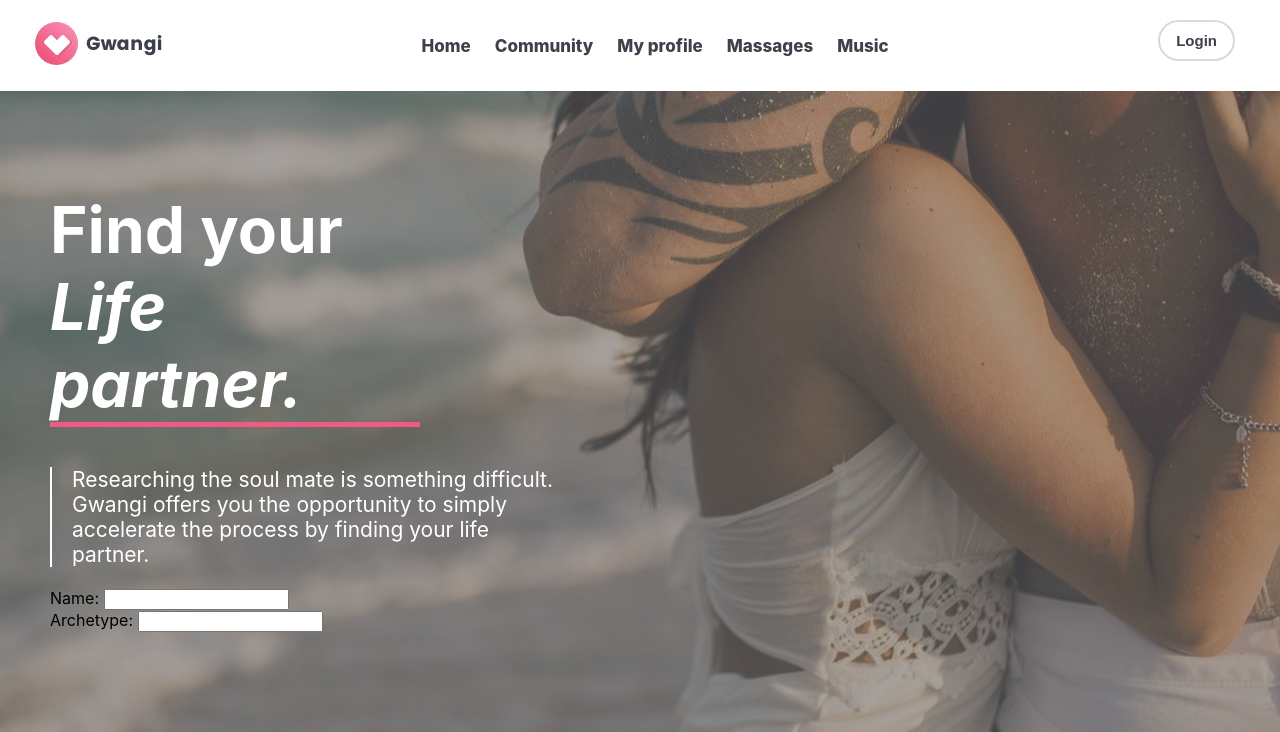
Repository: ShokunLiubov/Soc-Network-React
Page: /login
These files come from the project's save history. The page is drawn as it stood at one moment and after the next save; the edit follows.
The browser window is 1280 px wide. The pictures show the whole page.
The project was rebuilt for these pictures with package versions that can differ from the ones it lists, and the page was loaded fresh each time. Also part of the build but not shown: src/components/common/Paginator/Paginator.module.css, src/components/common/Paginator/Paginator.jsx, src/components/Community/Community.module.css, src/components/Community/Friend/Friend.jsx, src/components/Community/Community.jsx, src/components/common/Preloader/Preloader.jsx, src/components/Community/CommunityContainer.jsx, src/components/Dialogs/Dialogs.module.css and 14 more.

Above is the page before, as saved 2022-08-24 17:52:04.

After the next save:
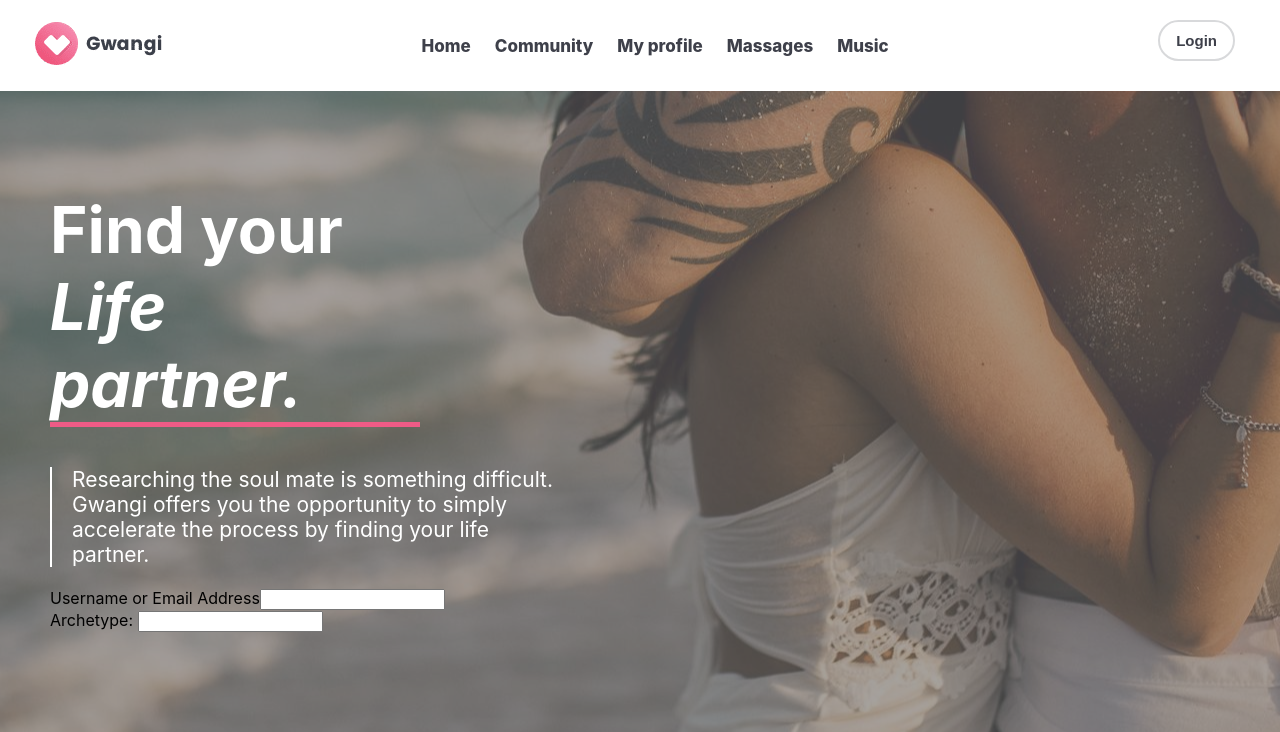
Saved 2 min 26 s later.
--- a/src/components/Auth/Registration/Registration.jsx
+++ b/src/components/Auth/Registration/Registration.jsx
@@ -10,7 +10,7 @@ const Registration = () => {
                 <p className={styles.excerption}>Researching the soul mate is something difficult. Gwangi offers you the opportunity to simply accelerate the process by finding your life partner.</p>
                 <form>
                     <div>
-                        <label for="name">Name: </label>
+                        <label for="name">Username or Email Address</label>
                         <input type="text"/>
                     </div>
                     <div>
